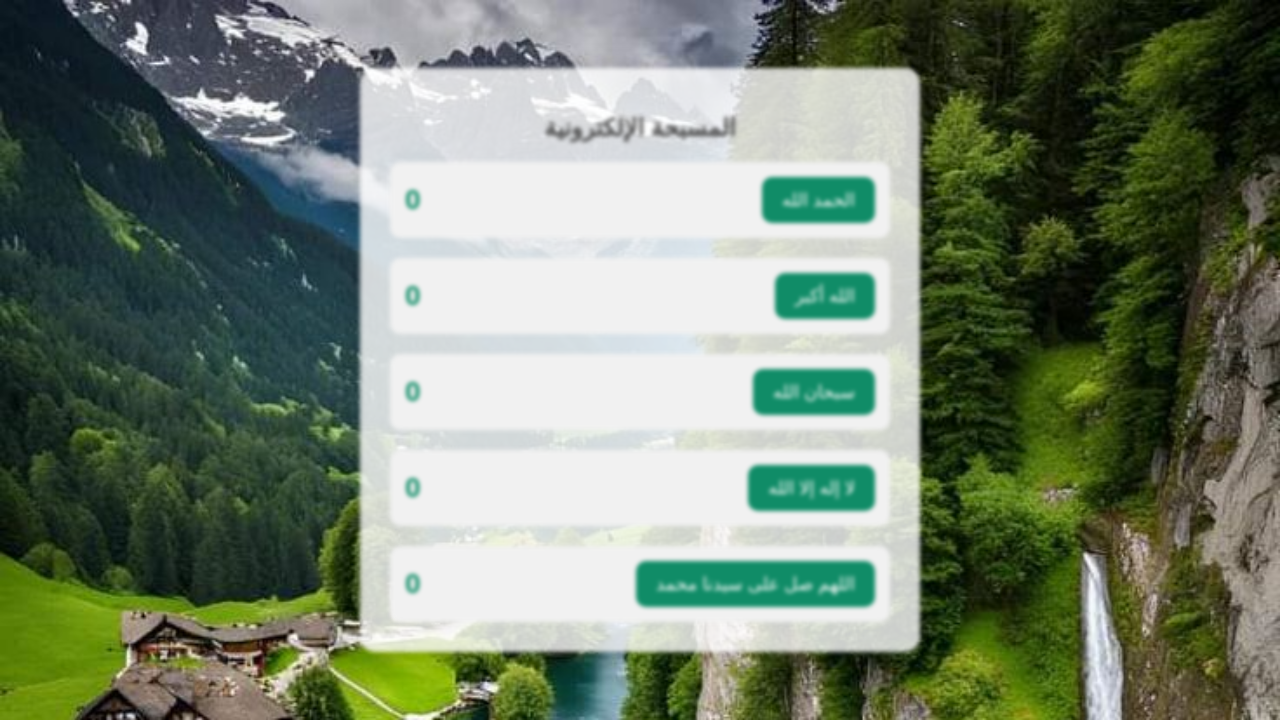
Repository: ShahdKItany/Electronic-Rosary
Page: index.html
These files come from the project's save history. The page is drawn as it stood at one moment and after a run of saves; the edit follows.
The browser window is 1280 px wide. The pictures show the whole page.

Above is the page before, as saved 2024-10-23 01:00:00.

### index.html
<!DOCTYPE html>
<html lang="ar">
<head>
  <meta charset="UTF-8">
  <meta name="viewport" content="width=device-width, initial-scale=1.0">
  <link rel="stylesheet" href="styles.css">
  <title>المسبحة الإلكترونية</title>
</head>
<body>
  <div class="container">
    <h1 class="title">المسبحة الإلكترونية</h1>
    <div class="button-container">
      <div class="button-group">
        <span id="counter1" class="counter">0</span>
        <button id="incrementButton1">الحمد الله</button>
      </div>
      <div class="button-group">
        <span id="counter2" class="counter">0</span>
        <button id="incrementButton2">الله أكبر</button>
      </div>
      <div class="button-group">
        <span id="counter3" class="counter">0</span>
        <button id="incrementButton3">سبحان الله</button>
      </div>
      <div class="button-group">
        <span id="counter4" class="counter">0</span>
        <button id="incrementButton4">لا إله إلا الله</button>

      </div>
      <div class="button-group">
        <span id="counter5" class="counter">0</span>
        <button id="incrementButton5">اللهم صل على سيدنا محمد</button>

      </div>
    </div>
  </div>

  <script src="main.js"></script>
</body>
</html>

### styles.css
body {
    font-family: 'Arial', sans-serif;
    background: url('image1.jpg');
    background-size: cover; /* لتغطية كامل الخلفية */
    display: flex;
    justify-content: center;
    align-items: center;
    height: 100vh;
    margin: 0;
    filter: blur(2px); /* يجعل الخلفية أكثر ضبابية */
  }

  .container {
    text-align: center;
    background-color: rgba(255, 255, 255, 0.8); /* لون الخلفية مع الشفافية */
    border-radius: 15px;
    box-shadow: 0 4px 30px rgba(0, 0, 0, 0.2);
    padding: 30px;
    max-width: 500px;
    width: 90%;
    position: relative; /* تهيئة موضع العناصر */
    z-index: 1; /* جلب الحاوية للأمام */
  }


  .title {
    color: #4a4a4a;
    margin-bottom: 20px;
    font-size: 24px;
    font-weight: bold;
  }

  .button-container {
    display: flex;
    flex-direction: column;
    gap: 20px;
  }

  .button-group {
    display: flex;
    justify-content: space-between;
    align-items: center;
    background-color: #f1f1f1;
    border-radius: 10px;
    padding: 15px;
    transition: background-color 0.3s;
  }

  .button-group:hover {
    background-color: #e0e0e0;
  }

  button {
    background-color: #108c67;
    color: white;
    border: none;
    border-radius: 10px;
    padding: 12px 20px;
    cursor: pointer;
    font-size: 18px;
    transition: background-color 0.3s, transform 0.1s;
  }

  button:hover {
    background-color: #79e67d;
    transform: translateY(-2px);
  }

  .counter {
    font-size: 28px;
    color:#108c67;
    font-weight: bold;
  }

### main.js
const incrementButton1 = document.getElementById('incrementButton1');
const incrementButton2 = document.getElementById('incrementButton2');
const incrementButton3 = document.getElementById('incrementButton3');
const incrementButton4 = document.getElementById('incrementButton4');
const incrementButton5 = document.getElementById('incrementButton5');

const counterElement1 = document.getElementById('counter1');
const counterElement2 = document.getElementById('counter2');
const counterElement3 = document.getElementById('counter3');
const counterElement4 = document.getElementById('counter4');
const counterElement5 = document.getElementById('counter5');

let counterValue1 = 0;
let counterValue2 = 0;
let counterValue3 = 0;
let counterValue4 = 0;
let counterValue5 = 0;

incrementButton1.addEventListener('click', function() {
  counterElement1.textContent = ++counterValue1;
});

incrementButton2.addEventListener('click', function() {
  counterElement2.textContent = ++counterValue2;
});

incrementButton3.addEventListener('click', function() {
  counterElement3.textContent = ++counterValue3;
});

incrementButton4.addEventListener('click', function() {
  counterElement4.textContent = ++counterValue4;
});

incrementButton5.addEventListener('click', function() {
  counterElement5.textContent = ++counterValue5;
});

After the next 3 saves:
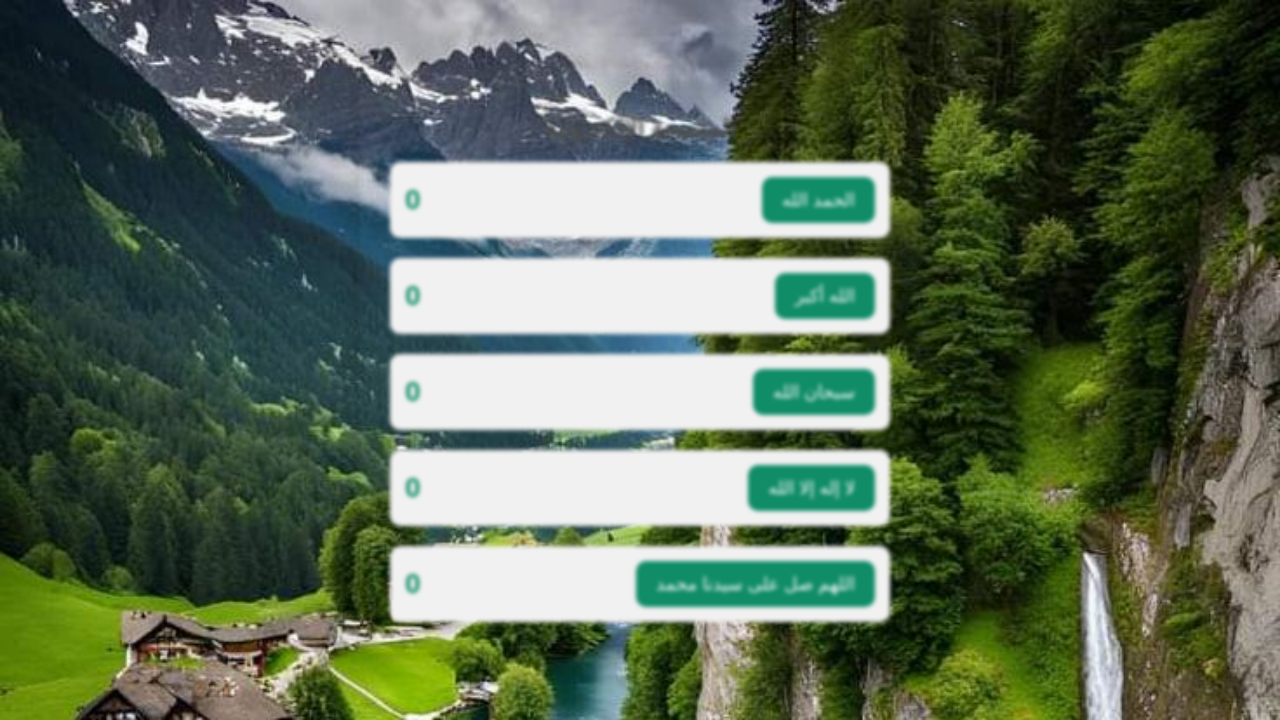
The 3 saves are shown as one change because they came seconds apart.
The last was saved 66 s later.
--- a/styles.css
+++ b/styles.css
@@ -2,6 +2,8 @@
     font-family: 'Arial', sans-serif;
     background: url('image1.jpg');
     background-size: cover; /* لتغطية كامل الخلفية */
+    background-color: rgba(255, 255, 255, 0.8); /* لون الخلفية مع الشفافية */
+
     display: flex;
     justify-content: center;
     align-items: center;
@@ -12,7 +14,6 @@
 
   .container {
     text-align: center;
-    background-color: rgba(255, 255, 255, 0.8); /* لون الخلفية مع الشفافية */
     border-radius: 15px;
     box-shadow: 0 4px 30px rgba(0, 0, 0, 0.2);
     padding: 30px;

After the 3 saves that followed:
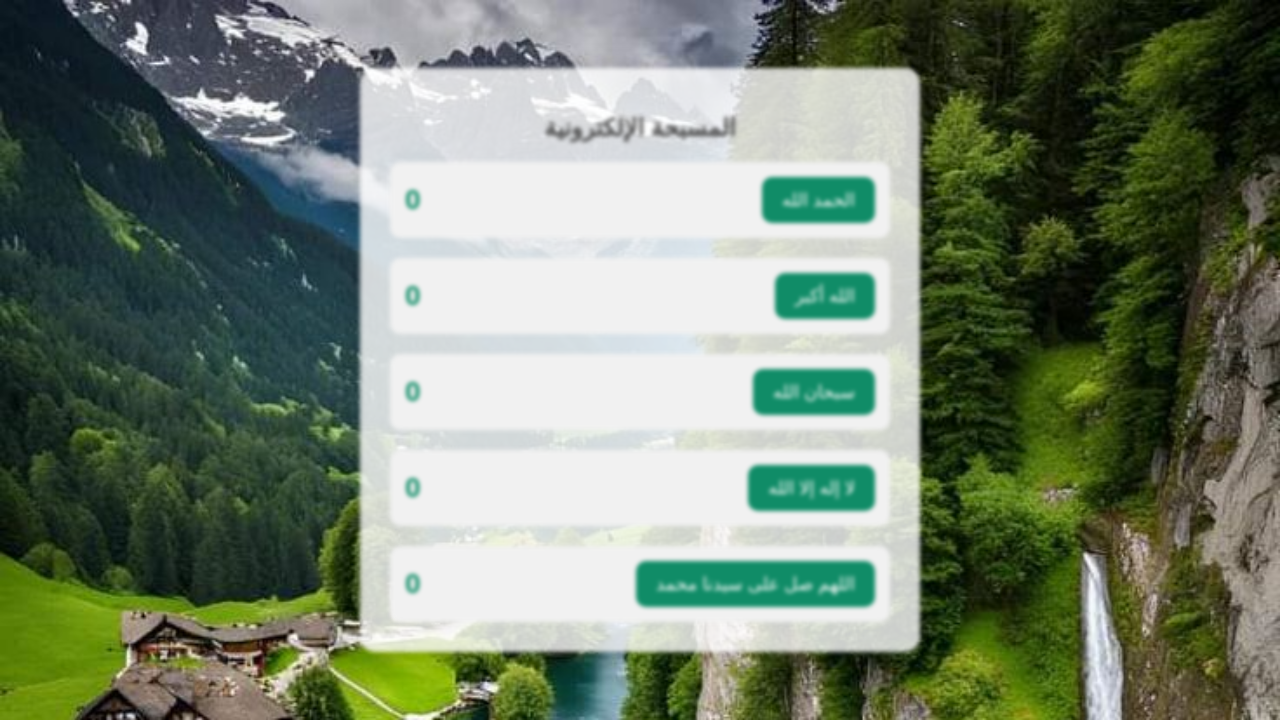
The 3 saves are shown as one change because 1 left the picture as it was and some came seconds apart.
The last was saved 18 s later.
--- a/styles.css
+++ b/styles.css
@@ -2,8 +2,6 @@
     font-family: 'Arial', sans-serif;
     background: url('image1.jpg');
     background-size: cover; /* لتغطية كامل الخلفية */
-    background-color: rgba(255, 255, 255, 0.8); /* لون الخلفية مع الشفافية */
-
     display: flex;
     justify-content: center;
     align-items: center;
@@ -14,6 +12,7 @@
 
   .container {
     text-align: center;
+    background-color: rgba(255, 255, 255, 0.8); /* لون الخلفية مع الشفافية */
     border-radius: 15px;
     box-shadow: 0 4px 30px rgba(0, 0, 0, 0.2);
     padding: 30px;
